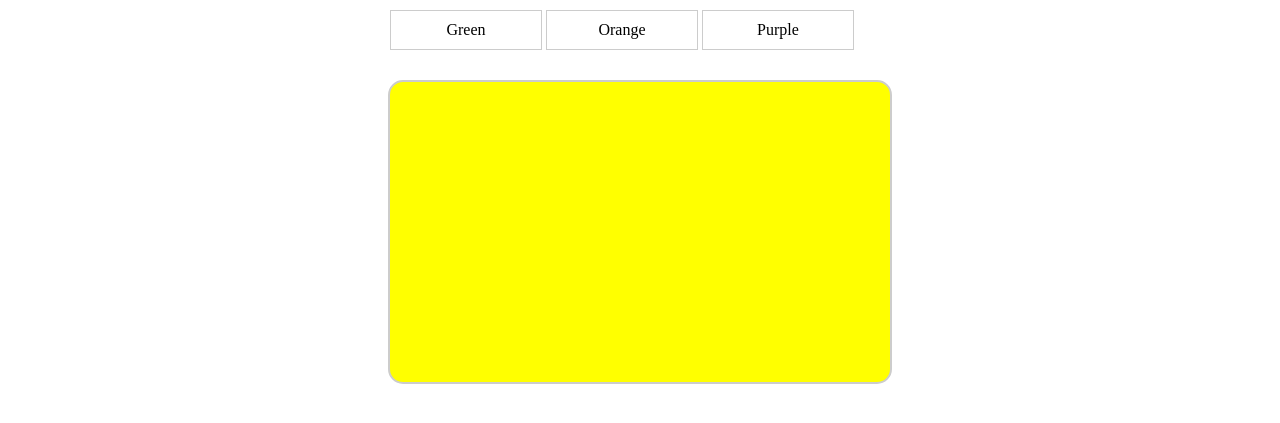
Repository: JeongminHW/Web_study
Page: HTML/myHTML/src/main/webapp/ch10/event1.html
These files come from the project's save history. The page is drawn as it stood at one moment and after a run of saves; the edit follows.
The browser window is 1280 px wide. The pictures show the whole page.
After loading, the first visible `a` was clicked once.

Above is the page before, as saved 2024-07-12 02:36:08.

After the next 2 saves:
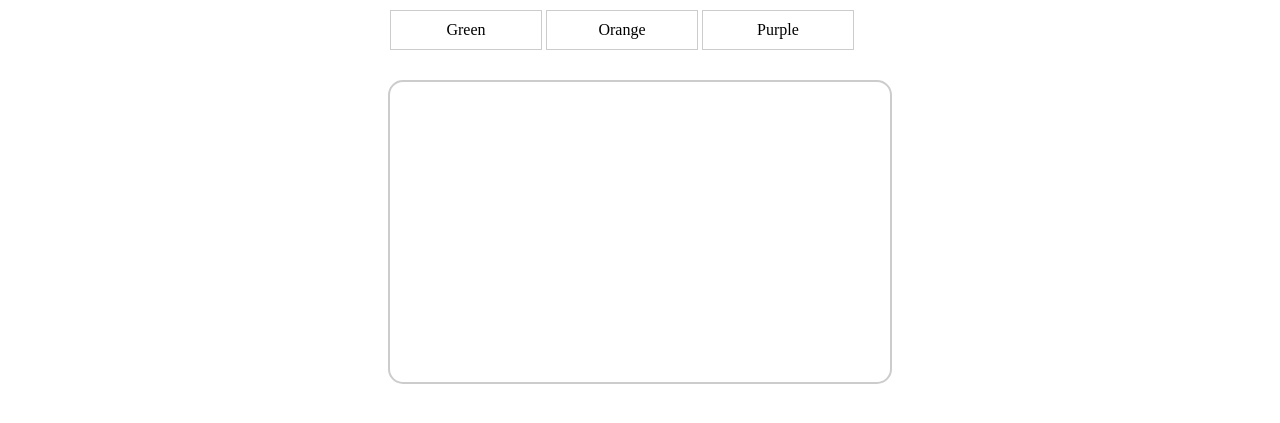
Console error: SyntaxError: Invalid or unexpected token
The 2 saves are shown as one change because they came seconds apart.
The last was saved 97 s later.
--- a/HTML/myHTML/src/main/webapp/ch10/event1.html
+++ b/HTML/myHTML/src/main/webapp/ch10/event1.html
@@ -8,7 +8,8 @@
 	function changeBg(){
 		var result = document.querySelector("#result");
 		result.style.backgroundColor = "yellow";
-	}
+		var text = document.querySelector("a");
+		console.log(text.innerText)';	}
 
 
 </script>

After the save that followed:
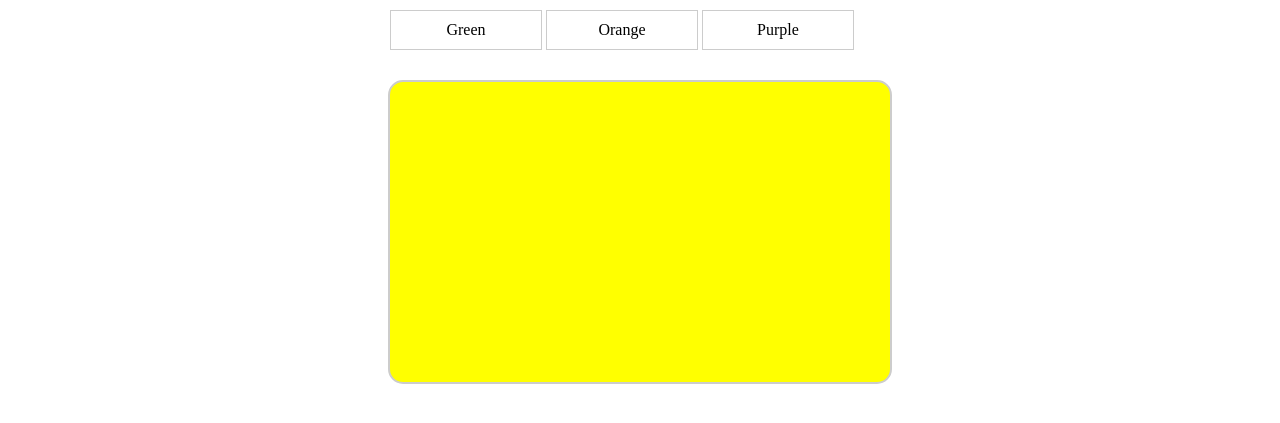
The error is gone.
Saved 4 s later.
--- a/HTML/myHTML/src/main/webapp/ch10/event1.html
+++ b/HTML/myHTML/src/main/webapp/ch10/event1.html
@@ -9,7 +9,8 @@
 		var result = document.querySelector("#result");
 		result.style.backgroundColor = "yellow";
 		var text = document.querySelector("a");
-		console.log(text.innerText)';	}
+		console.log(text.innerText);
+	}
 
 
 </script>
